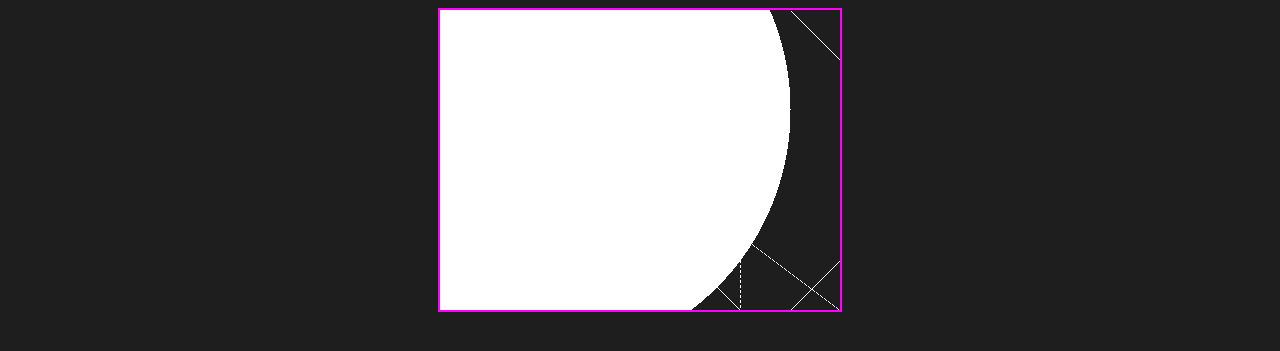
Repository: StarLightGX/miao
Page: paint.html
The author's editor kept a copy of each file at every save. The page is drawn from the files as they stood at one save, then again after the next save.
The browser window is 1280 px wide. The pictures show the whole page.

Above is the page before, as saved 2020-11-13 17:18:52.

### paint.html
<!DOCTYPE html>
<html lang="en">
  <head>
    <meta charset="UTF-8" />
    <title>画图</title>
    <style>
      html {
        background-color: rgb(30, 30, 30);
      }
      canvas {
        border: 2px solid #f0f;
        display: block;
        margin: auto;
      }
    </style>
  </head>
  <body>
    <canvas width="400" height="300"></canvas>
  </body>
  <script>
    var canvas = document.querySelector("canvas");
    canvas.style.imageRendering = "pixelated";
    var ctx = canvas.getContext("2d");

    function dot(x, y, color = "white") {
      x = x | 0;
      y = y | 0;
      ctx.fillStyle = color;
      ctx.fillRect(x, y, 1, 1);
    }

    function line(x1, y1, x2, y2) {
      ctx.strokeStyle = "black";
      ctx.moveTo(x1, y1);
      ctx.lineTo(x2, y2);
      ctx.stroke();
    }
    /**
   * YOUR TASK
画图的题：
画一条实线
画一条一个实点一个空点的虚线
画一条两个实点两个空点的虚线
画一条三个实点两个空点的虚线
画一条45度的斜线
画一条30度的斜线（选做）
在四个角画分别画一条45度的斜线以让画面看起来像一个相框
画一条跨越画布左上角和右下角的对角线
画一个空心矩形
画一个实心矩形
画一个rgb色彩空间的某一面
画一个空心的圆
画一个实心的圆
画一个大小合适的sin(x)的图像
   */
  </script>
  <script>
    // YOUR CODE GOES BELOW
    var x = 1;
    var y = 1;
    var i = 0;

    // 画一条实线
    y = 20;
    for (i = 0; i < 50; i++) {
      y = y + 1;
      x = 270;
      dot(x, y);
    }

    // 画一条一个实点一个空点的虚线
    y = 20;
    for (i = 0; i < 50; i++) {
      y = y + 2;
      x = 280;
      dot(x, y);
    }

    // 画一条两个实点两个空点的虚线
    for (var x = 0; x < 200; x++) {
      if (x % 4 < 2) {
        dot(x, 290);
      }
    }

    // for (i = 0; i < 50; i++) {
    //   y = 4 * (i + 1);
    //   x = 290;
    //   dot(x, y);
    // }

    // for (i = 0; i < 50; i++) {
    //   y = 4 * (i + 1) + 1;
    //   x = 290;
    //   dot(x, y);
    // }

    // 画一条三个实点两个空点的虚线

    for (i = 0; i < 100; i++) {
      y = 5 * (i + 1);
      x = 300;
      dot(x, y - 10);
    }

    for (i = 0; i < 100; i++) {
      y = 5 * (i + 1) + 1;
      x = 300;
      dot(x, y - 10);
    }

    for (i = 0; i < 100; i++) {
      y = 5 * (i + 1) + 2;
      x = 300;
      dot(x, y - 10);
    }

    // 画一条45度的斜线
    y = 0;
    for (i = 0; i < 1050; i++) {
      y = y + 1;
      x = y;
      dot(x, y);
    }
    // 画一条30度的斜线（选做）
    for (var x = 0; x < 200; x++) {
      var y = x / Math.sqrt(3);
      dot(x, y);
    }

    // 在四个角画分别画一条45度的斜线以让画面看起来像一个相框
    y = 0;
    for (i = 0; i < 1050; i++) {
      y = y + 1;
      x = y;
      dot(x - 250, y);
    }
    y = 0;
    for (i = 0; i < 1050; i++) {
      y = y + 1;
      x = y;
      dot(x + 350, y);
    }
    y = 0;
    for (i = 0; i < 1050; i++) {
      y = y + 1;
      x = -y;
      dot(x + 50, y);
    }
    y = 0;
    for (i = 0; i < 1050; i++) {
      y = y + 1;
      x = -y;
      dot(x + 650, y);
    }

    // 画一条跨越画布左上角和右下角的对角线
    y = 0;
    for (i = 0; i < 500; i++) {
      y = y + 1;
      x = (4 / 3) * y;
      dot(x, y);
    }
    // 画一个空心矩形
    y = 20;
    for (i = 0; i < 50; i++) {
      y = y + 1;
      x = 260;
      dot(x, y);
    }
    y = 20;
    for (i = 0; i < 50; i++) {
      y = y + 1;
      x = 230;
      dot(x, y);
    }
    y = 20;
    for (i = 0; i < 31; i++) {
      y = y + 1;
      x = 30;
      dot(y + 209, x - 10);
    }
    y = 20;
    for (i = 0; i < 31; i++) {
      y = y + 1;
      x = 30;
      dot(y + 209, x + 40);
    }
    // 画一个实心矩形

    for (x = 230; x < 260; x++) {
      for (y = 80; y < 130; y++) {
        dot(x, y);
      }
    }

    // 画一个rgb色彩空间的某一面
    for (x = 0; x < 256; x++) {
      for (y = 0; y < 256; y++) {
        dot(x, y, "rgb" + "(" + x + "," + y + "," + 0 + ")");
      }
    }
    // 画一个空心的圆
    for (var r = 250; r >= 0; r--) {
      for (x = -r; x < r; x = x + 0.1) {
        y = Math.sqrt(r * r - x * x);
        dot(x + 100, y + 100);
        dot(x + 100, -y + 100);
      }
      for (y = -r; y < r; y = y + 0.1) {
        x = Math.sqrt(r * r - y * y);
        dot(x + 100, y + 100);
        dot(-x + 100, y + 100);
      }
    }
    //  for (var theta = 0; theta)
    // 画一个实心的圆

    // 画一个大小合适的sin(x)的图像
  </script>
</html>

After the next save:
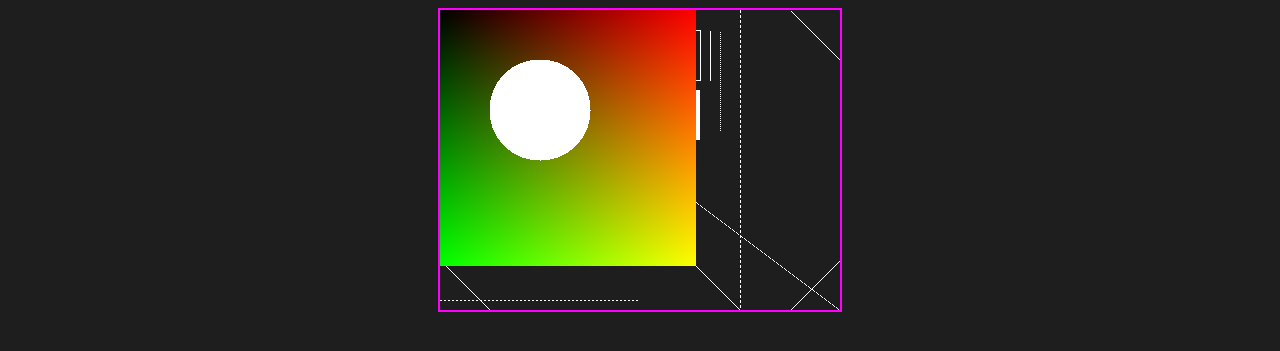
Saved 22 s later.
--- a/paint.html
+++ b/paint.html
@@ -201,7 +201,7 @@
       }
     }
     // 画一个空心的圆
-    for (var r = 250; r >= 0; r--) {
+    for (var r = 50; r >= 0; r--) {
       for (x = -r; x < r; x = x + 0.1) {
         y = Math.sqrt(r * r - x * x);
         dot(x + 100, y + 100);
